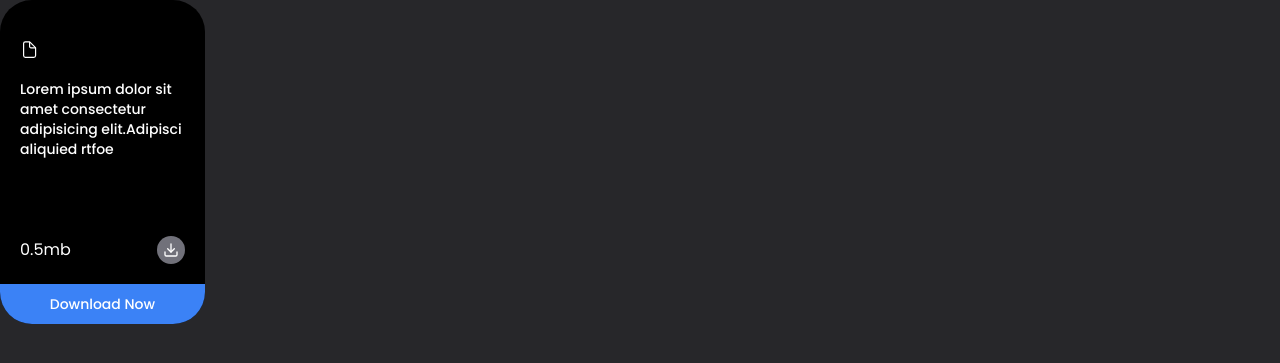
Repository: SharonSebastian32/dragable_cards
Page: /
These files come from the project's save history. The page is drawn as it stood at one moment and after a run of saves; the edit follows.
The browser window is 1280 px wide. The pictures show the whole page.
Some web fonts or font styles are not loaded; a fallback is used. The project was rebuilt for these pictures with package versions that can differ from the ones it lists, and the page was loaded fresh each time. Also part of the build but not shown: vite.config.js.

Above is the page before, as saved 2024-08-21 11:09:19.

After the next 6 saves:
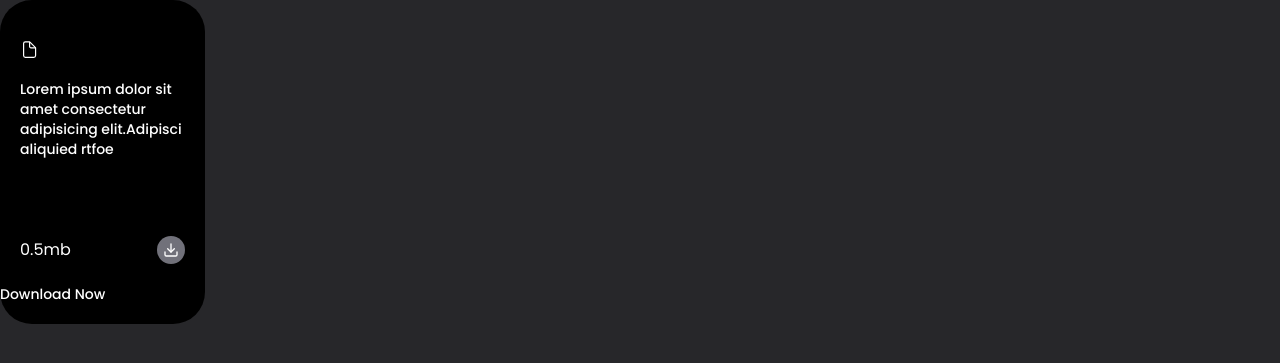
The 6 saves are shown as one change because 1 did not build or start and some came seconds apart.
The last was saved 33 s later.
--- a/src/Components/Card.jsx
+++ b/src/Components/Card.jsx
@@ -21,7 +21,7 @@ const Card = ({ data }) => {
         </div> */}
         {data.tag.isOpen ? (
           <div
-            className={`w-full h-10 bg-blue-500 flex items-center justify-center cursor-pointer `}
+            className={`w-full h-10 ${data.tag.tagColor}flex items-center justify-center cursor-pointer `}
           >
             <h2 className=" text-sm font-medium">{data.tag.tagTitle}</h2>
           </div>
